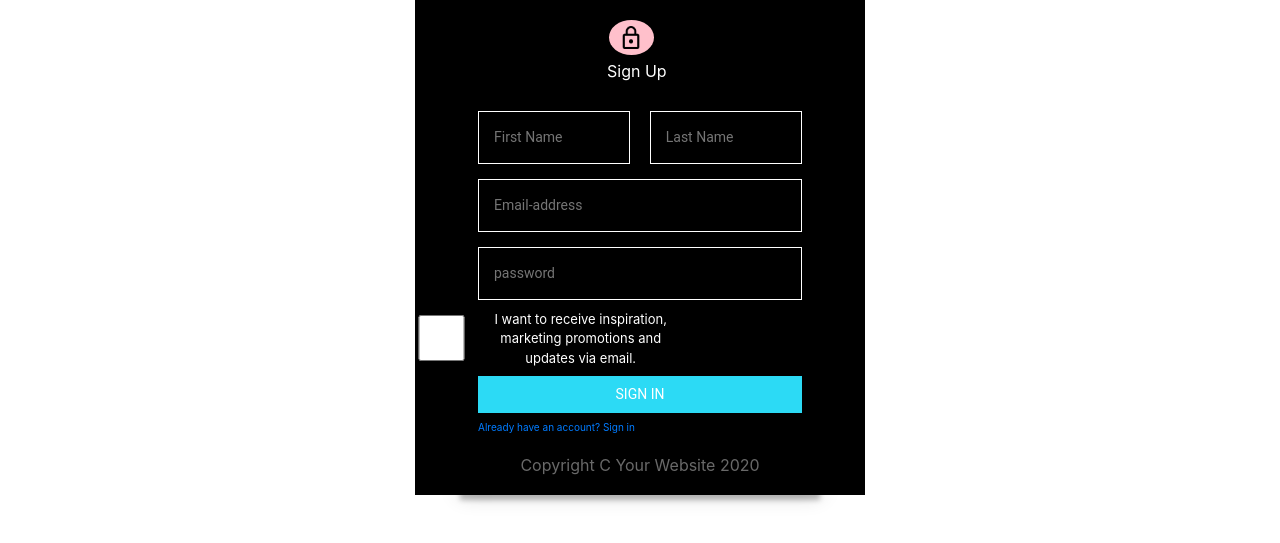
Repository: andbilous/cursor-styled-components
Page: /sign-up
These files come from the project's save history. The page is drawn as it stood at one moment and after the next save; the edit follows.
The browser window is 1280 px wide. The pictures show the whole page.
The project was rebuilt for these pictures with package versions that can differ from the ones it lists, and the page was loaded fresh each time. Also part of the build but not shown: src/App.css, src/components/SignInForm.jsx.

Above is the page before, as saved 2020-04-19 16:56:02.

After the next save:
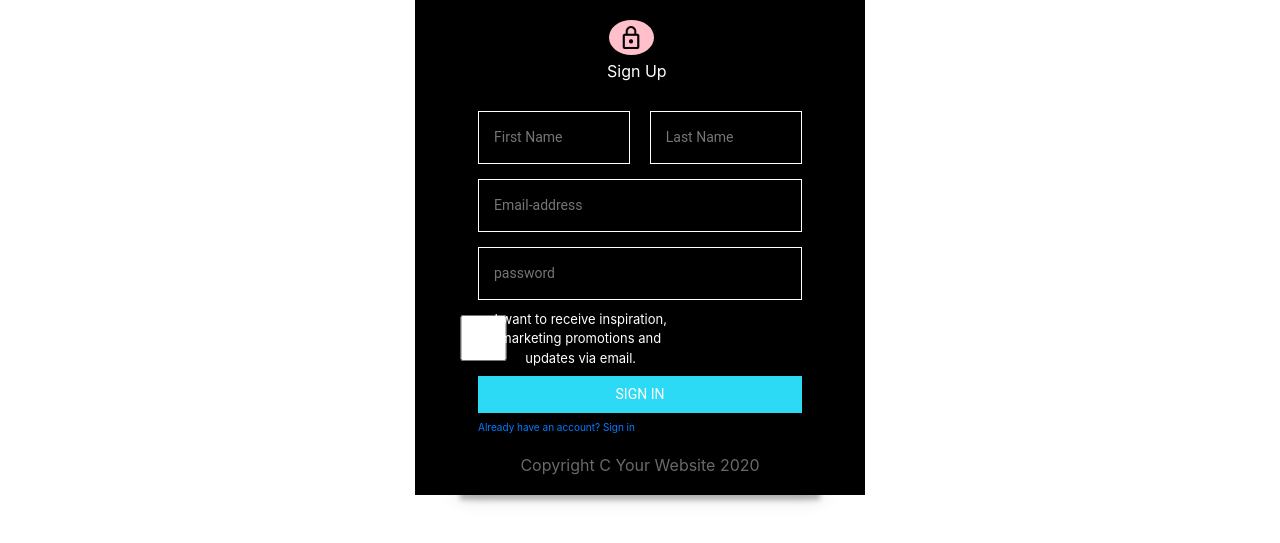
Saved 97 s later.
--- a/src/components/SignUpForm.jsx
+++ b/src/components/SignUpForm.jsx
@@ -31,7 +31,7 @@ const SignUpFormStyles = styled.div`
   font-size: 14px;
 }
 .form input[type="checkbox"]{
-  transform: translateX(-100px);
+  transform: translateX(-58px);
 }
 .form button {
   font-family: "Roboto", sans-serif;
